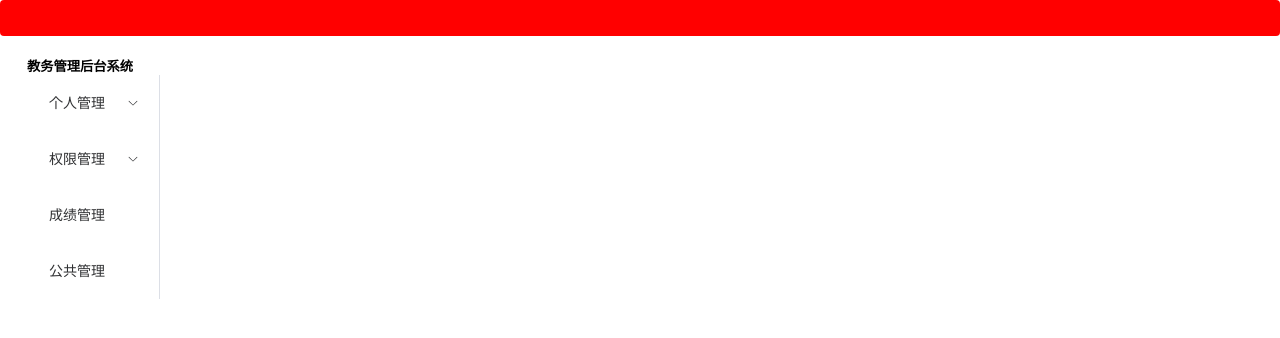
Repository: songlin-q/EducationalAdministrationSysTem
Page: /MainInfo (app in EducationalAdministrationSystemUI/educationsystem/)
An editor plug-in stored every save of this project. The page is shown before and after the next save, followed by the edit.
The browser window is 1280 px wide. The pictures show the whole page.
The project was rebuilt for these pictures with package versions that can differ from the ones it lists, and the page was loaded fresh each time. Also part of the build but not shown: EducationalAdministrationSystemUI/educationsystem/vue.config.js, EducationalAdministrationSystemUI/educationsystem/src/components/HelloWorld.vue, EducationalAdministrationSystemUI/educationsystem/src/components/Identity/IdentityCode.vue, EducationalAdministrationSystemUI/educationsystem/src/components/Identity/IdentityCode2.vue, EducationalAdministrationSystemUI/educationsystem/src/components/MainOne.vue.

Above is the page before, as saved 2022-05-24 11:48:10.

### EducationalAdministrationSystemUI/educationsystem/src/main.js

import { createApp } from 'vue'
import ElementPlus from 'element-plus'
import 'element-plus/dist/index.css'

import App from './App.vue'
import './assets/css/global.css'//引入全局样式表
import Router from './router/index'

// axios.defaults.baseURL="http://localhost:5072/";//基本路径

var app=createApp(App);
// app.config.globalProperties.$http=axios
app.use(ElementPlus);
app.use(Router);

app.mount('#app')

### EducationalAdministrationSystemUI/educationsystem/src/App.vue
<template>
  <router-view></router-view>
</template>

<script>
export default {
  name: "App",
};
</script>

<style>
#app {
  font-family: Avenir, Helvetica, Arial, sans-serif;
  -webkit-font-smoothing: antialiased;
  -moz-osx-font-smoothing: grayscale;
  text-align: center;
  color: #2c3e50;
  margin-top: 60px;
}
</style>

### EducationalAdministrationSystemUI/educationsystem/src/assets/css/global.css
/* 全局样式表 */
html,
body,
#app {
    height: 100%;
    margin: 0;
    padding: 0;
    color: black;
}

### EducationalAdministrationSystemUI/educationsystem/src/router/index.js
import { createWebHistory, createRouter,RootRecordRaw } from 'vue-router'//导入路由
import HelloWorld from '../components/HelloWorld.vue'
import MainInfo from '../components/MainInfo.vue'
import LoginInfo from '../components/LoginInfo.vue'
import MainOne from '../components/MainOne.vue'
//定义路由
const routes = [{
    path: '/',//组件一，path和component可以乱写，
                       //只要保持path与前面to，component和import两处相同即可
    component: LoginInfo,
    name:LoginInfo


},
{
    path: '/Reedit',//组件一，path和component可以乱写，
                       //只要保持path与前面to，component和import两处相同即可
    component: MainInfo,
    name:MainInfo,

},
{
    path: '/HelloWorld',//组件一，path和component可以乱写，
                       //只要保持path与前面to，component和import两处相同即可
    component: HelloWorld,
    name:HelloWorld,

},
{
    path: '/MainOne',//组件一，path和component可以乱写，
                       //只要保持path与前面to，component和import两处相同即可
    component: MainOne,
    name:MainOne,

},
{
    path: '/MainInfo',//组件一，path和component可以乱写，
                       //只要保持path与前面to，component和import两处相同即可
    component: MainInfo,
    name:MainInfo,

}
]
const router = createRouter({
    history: createWebHistory(),
    routes
  })

  export default router

### EducationalAdministrationSystemUI/educationsystem/src/components/MainInfo.vue
<template>
  <el-row>
    <el-col :span="24"
      ><div class="grid-content bg-purple-dark" style="background-color: red"
    /></el-col>
  </el-row>
  <el-row class="tac">
    <el-col :span="3">
      <h5 class="mb-2">教务管理后台系统</h5>
      <el-menu
        default-active="2"
        class="el-menu-vertical-demo"
        @open="handleOpen"
        @close="handleClose"
      >
        <el-sub-menu index="1">
          <template #title>
            <el-icon><location /></el-icon>
            <span>个人管理</span>
          </template>
        </el-sub-menu>
        <el-sub-menu index="2">
          <template #title>
            <el-icon><icon-menu /></el-icon>
            <span>权限管理</span>
          </template>
          <el-menu-item index="1-1">角色管理</el-menu-item>
          <el-menu-item index="1-2">用户管理</el-menu-item>
        </el-sub-menu>
        <el-menu-item index="3">
          <el-icon><document /></el-icon>
          <span>成绩管理</span>
        </el-menu-item>
        <el-menu-item index="4">
          <el-icon><setting /></el-icon>
          <span>公共管理</span>
        </el-menu-item>
      </el-menu>
    </el-col>
  </el-row>
</template>
<script>
import {
  Document,
  Menu as IconMenu,
  Location,
  Setting,
} from "@element-plus/icons-vue";
import { GetJwtStr } from "../api/api";
export default {
  data() {
    return {
      values: "",
    };
  },
  methods: {
    requestHttp() {
      GetJwtStr().then((res) => {
        alert(res.data);
      });
    },
  },
};
</script>
<style scoped>
* {
  margin: 0;
  padding: 0;
}
</style>

### EducationalAdministrationSystemUI/educationsystem/src/components/LoginInfo.vue
<template>
  <div style="width: 100%; height: 100%" id="bcdiv">
    <el-row
      class="row-bg"
      justify="space-evenly"
      align="middle"
      style="height: 100%"
    >
      <el-col :span="8"
        ><div class="grid-content bg-purple">
          <el-row style="width: 100%" justify="space-evenly">
            <h1>教务管理后台系统</h1>
          </el-row>
          <!-- 头像显示 -->
          <el-row>
            <el-col justify="space-evenly" style="width: 100%">
              <div class="demo-basic--circle">
                <div class="block">
                  <el-avatar :size="200" :src="circleUrl" />
                </div>
              </div>
            </el-col>
          </el-row>
          <!-- 用户名、密码输入框 -->
          <el-row style="width: 100%" justify="space-evenly">
            <el-form>
              <el-form-item label="用户名" class="colors">
                <el-input v-model="longname" placeholder="Please input" />
              </el-form-item>
              <el-form-item label="密&nbsp;&nbsp;&nbsp;&nbsp;码" class="colors">
                <el-input
                  v-model="password"
                  placeholder="Please input"
                  show-password
                />
              </el-form-item>
              <el-form-item label="验证码" class="colors">
                <el-input v-model="code" placeholder="请输入验证码" />
                <span @click.stop="refreshCode" style="cursor: pointer">
                  <s-identify :identifyCode="identifyCode"></s-identify>
                </span>
              </el-form-item>
              <!-- 按钮 -->
              <el-form-item>
                <el-button type="primary" @click="login">登录</el-button>

                <el-button @click="cancel">取消</el-button>
              </el-form-item>
              <el-form-item>
                如果你还没有账号请先<a href="#" @click="dialogVisible = true"
                  >注册</a
                >
              </el-form-item>
            </el-form>
          </el-row>

          <!-- <router-link to="/Reedit">首页</router-link>
          <router-view></router-view> -->
        </div></el-col
      >
    </el-row>
    <el-dialog
      v-model="dialogVisible"
      title="注册"
      width="30%"
      :before-close="handleClose"
    >
      <span>
        <el-form :model="userInfo">
          <el-form-item label="用户名" class="colors">
            <el-input v-model="userInfo.username" placeholder="Please input" />
          </el-form-item>
          <el-form-item label="密&nbsp;&nbsp;&nbsp;&nbsp;码" class="colors">
            <el-input
              v-model="userInfo.userPassword"
              placeholder="Please input"
              show-password
            />
          </el-form-item>
          <el-form-item label="邮&nbsp;&nbsp;&nbsp;&nbsp;箱" class="colors">
            <el-input v-model="userInfo.userEmail" placeholder="Please input" />
          </el-form-item>
          <el-form-item label="手机号" class="colors">
            <el-input v-model="userInfo.userTel" placeholder="Please input" />
          </el-form-item>
          <el-form-item label="验证码" class="colors">
            <el-input v-model="userInfo.userCode" placeholder="请输入验证码" />
            <span @click.stop="refreshCode2" style="cursor: pointer">
              <SIdentify2 :identifyCode="regeditidentifyCode"></SIdentify2>
            </span>
          </el-form-item>
        </el-form>
      </span>
      <template #footer>
        <span class="dialog-footer">
          <el-button @click="dialogVisible = false">取消</el-button>
          <el-button type="primary" @click="regeditsFun">注册</el-button>
        </span>
      </template>
    </el-dialog>
  </div>
</template>
<script>
import logoUrl from "../assets/Head.jpg";
import { ref } from "vue";

//这里验证码的组件使用的最笨的方法，后续优化的话可以只使用一个组件，将ID传入到父组件中就可以了
import SIdentify from "../components/Identity/IdentityCode.vue";
import SIdentify2 from "../components/Identity/IdentityCode2.vue";

export default {
  data() {
    return {
      longname: "张三",
      password: "123456",
      email: "442534979@qq.com",
      code: "",
      regeditcode: "",
      circleUrl: logoUrl,
      phone: "15356479454",
      dialogVisible: ref(false), //弹出层的使用
      // 图片验证码
      identifyCode: "8Hy0", //默认值
      regeditidentifyCode: "u8y7", //注册验证码
      // 验证码规则
      identifyCodes: "3456789ABCDEFGHGKMNPQRSTUVWXY",
      //创建一个用户类
      userInfo: {
        username: "李四",
        userTel: "18737890098",
        userEmail: "18737890098@q63.com",
        userCode: "",
        userPassword: "lisi",
      },
    };
  },
  components: {
    SIdentify,
    SIdentify2,
  },
  methods: {
    //登录方法
    login() {
      if (this.identifyCode.toLowerCase() == this.code.toLowerCase()) {
        //使用路由进行页面跳转
        this.$router.push({
          path: "/MainInfo",
        });
      } else {
        alert("你输入的验证码不正确!");
      }
    },
    //取消方法
    cancel() {
      alert("你已经取消登录!");
    },
    // 切换验证码
    refreshCode() {
      this.identifyCode = "";

      this.makeCode(this.identifyCodes, 4);
    },
    refreshCode2() {
      this.regeditidentifyCode = "";

      this.makeCode2(this.identifyCodes, 4);
    },
    // 生成随机验证码
    makeCode(o, l) {
      for (let i = 0; i < l; i++) {
        this.identifyCode +=
          this.identifyCodes[
            Math.floor(Math.random() * (this.identifyCodes.length - 0) + 0)
          ];
      }
    },
    makeCode2(o, l) {
      for (let i = 0; i < l; i++) {
        this.regeditidentifyCode +=
          this.identifyCodes[
            Math.floor(Math.random() * (this.identifyCodes.length - 0) + 0)
          ];
      }
    },

    //注册方法
    regeditsFun() {
      alert("你已经在注册了");
      this.dialogVisible = false;
    },
  },
};
</script>
<style>
#bcdiv {
  /* background-image: url(../assets/background.jpeg); */
  width: 100%;
  height: 100%;
  position: fixed;
  background-size: 100% 100%;
}
#LoginMainDiv {
  width: 30%;
  height: 50%;
  background-color: aqua;
}
.colors .el-form-item__label {
  color: black;
}
.demo-basic {
  text-align: center;
}
.el-row {
  margin-bottom: 1.25rem;
}
.el-row:last-child {
  margin-bottom: 0;
}
.el-col {
  border-radius: 0.25rem;
  /* background-color: antiquewhite; */
}

.bg-purple {
  height: 34.375rem;
}
.grid-content {
  border-radius: 0.25rem;
  min-height: 2.25rem;
}
</style>

### EducationalAdministrationSystemUI/educationsystem/src/api/api.js

import {doPost,doGet} from './commonRequest'

export function GetJwtStr(query) {
    return doPost('/api/Login/GetTokenInfo', query)
}

### EducationalAdministrationSystemUI/educationsystem/src/api/commonRequest.js
//公共模板方法
import request from '../utils/request'

export function doPost(url, data) {
    return request({
      url: url,
      method: 'post',
      data
    })
  }
  export function doGet(url, params) {
    return request({
      url: url,
      method: 'get',
      params
    })
  }
  // 导出Excel公用方法
export function exportMethod(url, data, filename) {
    return request({
        method: 'post',
        url: url,
        data,
        responseType: 'blob'
    }).then((res) => {
      console.log('文件开始处理')
      console.log(res)

        const link = document.createElement('a')
        const blob = new Blob([res], { type: 'application/vnd.openxmlformats-officedocument.spreadsheetml.sheet' })// { type: 'application/vnd.ms-excel' })
        link.style.display = 'none'
        link.href = URL.createObjectURL(blob)

        // link.download = res.headers['content-disposition'] //下载后文件名
        link.download = filename // 下载的文件名
        document.body.appendChild(link)
        link.click()
        document.body.removeChild(link)
    }).catch(error => {
        this.$Notice.error({
            title: '错误',
            desc: '网络连接错误'
        })
        console.log(error)
    })
  }

### EducationalAdministrationSystemUI/educationsystem/src/utils/request.js
import axios from 'axios'


// 配置访问后台接口地址
const service = axios.create({
    baseURL: "http://localhost:5072/",
    // withCredentials: true, // send cookies when cross-domain requests
    timeout: 60000 // request timeout
})

// request interceptor
export default service

Loaded but not shown: EducationalAdministrationSystemUI/educationsystem/public/index.html (common file)

After the next save:
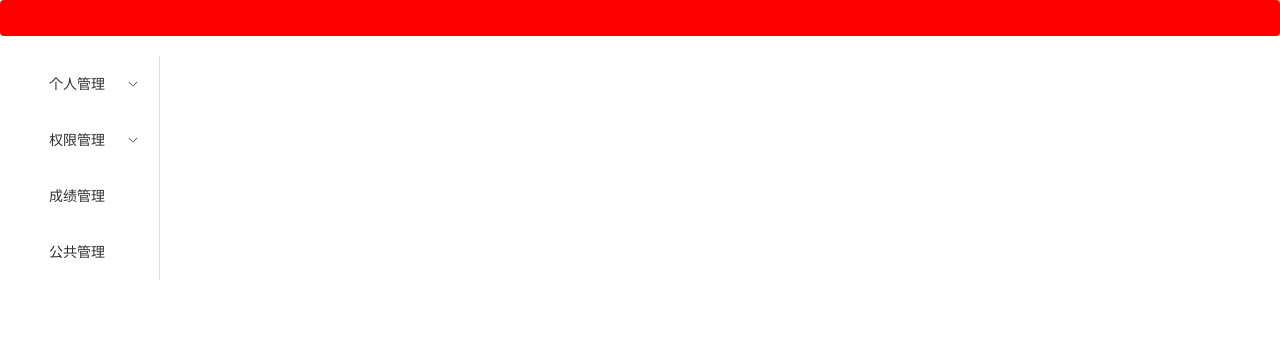
Saved 9 s later.
--- a/EducationalAdministrationSystemUI/educationsystem/src/components/MainInfo.vue
+++ b/EducationalAdministrationSystemUI/educationsystem/src/components/MainInfo.vue
@@ -6,7 +6,7 @@
   </el-row>
   <el-row class="tac">
     <el-col :span="3">
-      <h5 class="mb-2">教务管理后台系统</h5>
+
       <el-menu
         default-active="2"
         class="el-menu-vertical-demo"
